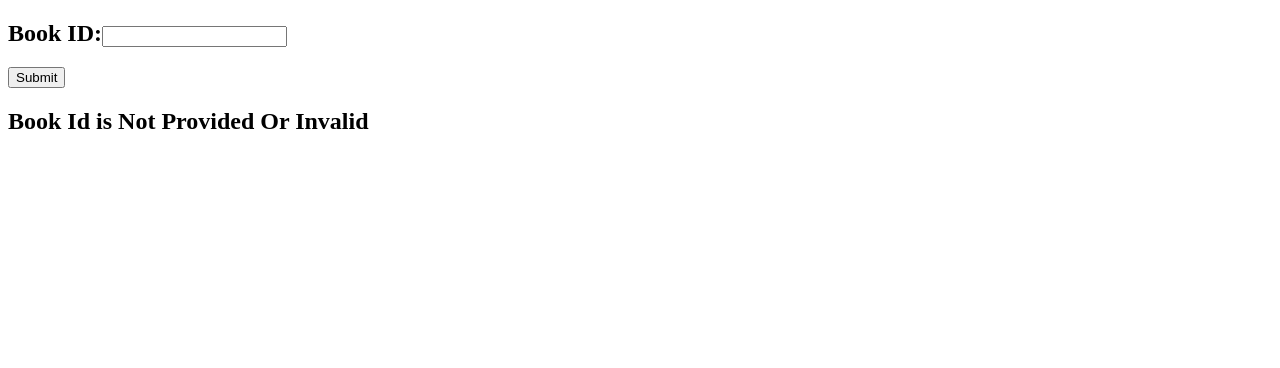
Repository: Mali-Sagar-A/Advance_Web_Java
Page: http://localhost/LibararyCURD/viewBook.jsp
These files come from the project's save history. The page is drawn as it stood at one moment and after the next save; the edit follows.
The browser window is 1280 px wide. The pictures show the whole page.
The page is served by Tomcat 9.

Above is the page before, as saved 2025-05-22 12:07:21.

After the next save:
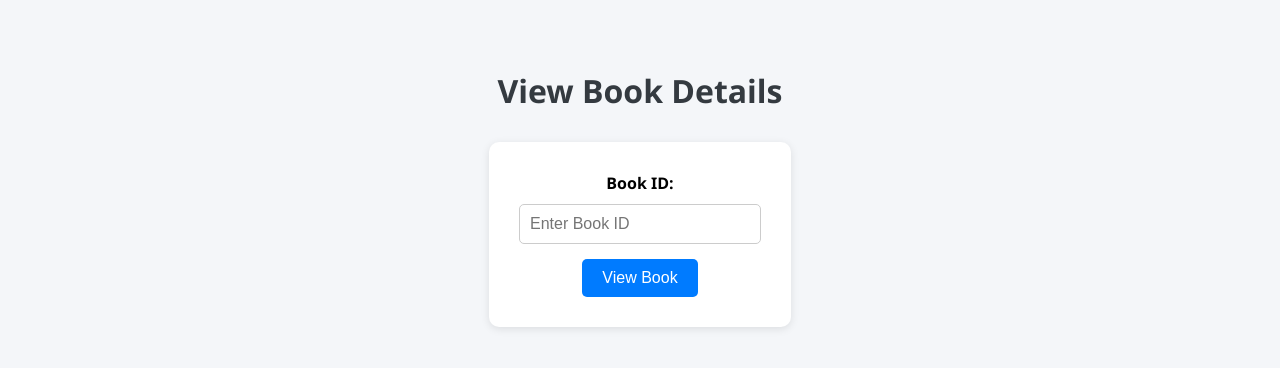
Saved 38 s later.
--- a/LibararyCURD/src/main/webapp/viewBook.jsp
+++ b/LibararyCURD/src/main/webapp/viewBook.jsp
@@ -4,50 +4,122 @@
 <html>
 <head>
 <meta charset="UTF-8">
-<title>Insert title here</title>
+<title>View Book</title>
+<style>
+    body {
+        font-family: 'Segoe UI', Tahoma, Geneva, Verdana, sans-serif;
+        background-color: #f4f6f9;
+        padding: 40px;
+        text-align: center;
+    }
+
+    h1 {
+        color: #343a40;
+        margin-bottom: 30px;
+    }
+
+    h2 {
+        color: #495057;
+        font-weight: normal;
+    }
+
+    .form-container {
+        background-color: #ffffff;
+        display: inline-block;
+        padding: 30px;
+        border-radius: 10px;
+        box-shadow: 0 2px 8px rgba(0, 0, 0, 0.1);
+        margin-bottom: 30px;
+    }
+
+    input[type="text"] {
+        padding: 10px;
+        width: 220px;
+        border: 1px solid #ccc;
+        border-radius: 5px;
+        font-size: 16px;
+        margin-top: 10px;
+    }
+
+    input[type="submit"] {
+        padding: 10px 20px;
+        background-color: #007bff;
+        color: white;
+        border: none;
+        border-radius: 5px;
+        font-size: 16px;
+        cursor: pointer;
+        margin-top: 15px;
+    }
+
+    input[type="submit"]:hover {
+        background-color: #0056b3;
+    }
+
+    .book-details {
+        text-align: left;
+        display: inline-block;
+        background-color: #fff;
+        padding: 25px;
+        border-radius: 10px;
+        box-shadow: 0 2px 8px rgba(0, 0, 0, 0.1);
+        margin-top: 30px;
+    }
+
+    .error-message {
+        color: red;
+        margin-top: 20px;
+        font-size: 18px;
+    }
+</style>
 </head>
 <body>
 
-<form action="viewBook.jsp">
-<h2>Book ID:<input type="text" name="txtid"></h2>
-<input type="submit" value="Submit">
-</form>
+<h1>View Book Details</h1>
+
+<div class="form-container">
+    <form action="viewBook.jsp">
+        <label for="txtid"><strong>Book ID:</strong></label><br>
+        <input type="text" name="txtid" id="txtid" placeholder="Enter Book ID"><br>
+        <input type="submit" value="View Book">
+    </form>
+</div>
 
 <%
-	String bid= request.getParameter("txtid");
+    String bid = request.getParameter("txtid");
 
-	if( bid!=null && !bid.trim().isEmpty())
-	{
-		int id= Integer.parseInt(bid);
-		BookDAO bd = new BookDAO();
-        Book b = bd.getBook(id);
+    if (bid != null && !bid.trim().isEmpty()) {
+        try {
+            int id = Integer.parseInt(bid);
+            BookDAO bd = new BookDAO();
+            Book b = bd.getBook(id);
 
+            if (b != null) {
 %>
-
-<h1>Book Details:</h1>
-<br><br>
-<h2>Book-Id:<%= b.getId() %></h2>
-<h2>Book Titel:<%= b.getTitel() %></h2>
-<h2>Book Aurthor:<%= b.getAurthor() %></h2>
-<h2>Book Publisher:<%= b.getPublisher() %></h2>
-<h2>Book Price:<%= b.getPrice() %></h2>
-
+<div class="book-details">
+    <h2><strong>Book ID:</strong> <%= b.getId() %></h2>
+    <h2><strong>Title:</strong> <%= b.getTitel() %></h2>
+    <h2><strong>Author:</strong> <%= b.getAurthor() %></h2>
+    <h2><strong>Publisher:</strong> <%= b.getPublisher() %></h2>
+    <h2><strong>Price:</strong> ₹<%= b.getPrice() %></h2>
+</div>
 <%
-	}
-	else
-	{
+            } else {
 %>
-<h2>Book Id is Not Provided Or Invalid</h2>
+    <div class="error-message">No book found with the given ID.</div>
 <%
-	}
+            }
+        } catch (NumberFormatException e) {
 %>
-
-
-
-
-
-
-
+    <div class="error-message">Invalid Book ID format. Please enter a numeric value.</div>
+<%
+        }
+    } else if (bid != null) {
+%>
+    <div class="error-message">Book ID is required.</div>
+<%
+    }
+%>
 
 </body>
 </html>
